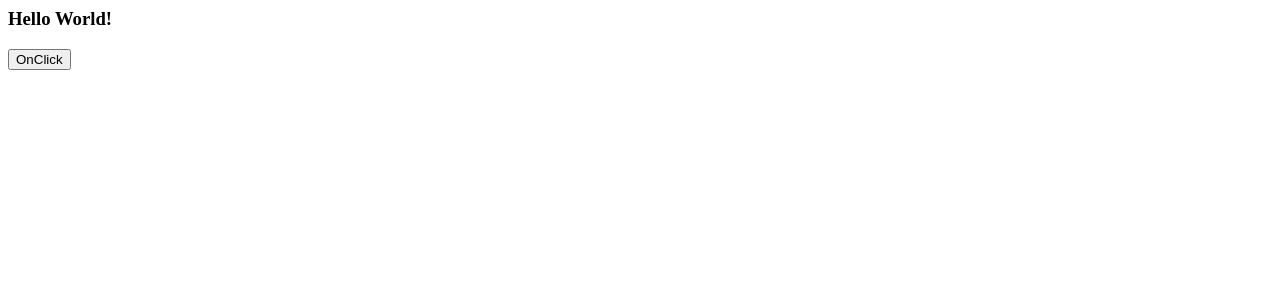
Repository: HuynhDuc23/learn__javascript__basic
Page: lab18/bom.html
These files come from the project's save history. The page is drawn as it stood at one moment and after the next save; the edit follows.
The browser window is 1280 px wide. The pictures show the whole page.

Above is the page before, as saved 2024-01-08 20:31:51.

### lab18/bom.html
<html lang="en">
<head>
    <meta charset="UTF-8">
    <meta name="viewport" content="width=device-width, initial-scale=1.0">
    <title>BOM IN JAVASCRIPT 2024</title>
</head>
<body>
    <h3>Hello World!</h3>
    <button onclick="openTab()"> OnClick</button>
    <script>
      console.log(window.innerHeight);
      console.log(window.innerWidth);
      // hiển thị ra chiều cao và rộng của trình duyệt

      // mở tab
      var check ;
      function openTab(){
        check = window.open("https://28tech.com.vn/lap-trinh-java-va-sql.html","_balnk","width=200,height=300,top=50,left=50")
      }
      // đóng tab
      function closeTab(){
        check.close();
      }
    </script>
</body>
</html>

After the next save:
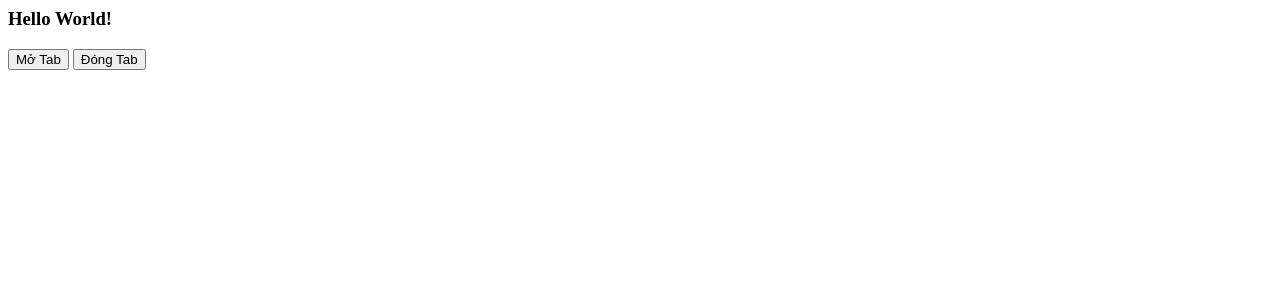
Saved 31 s later.
--- a/lab18/bom.html
+++ b/lab18/bom.html
@@ -6,7 +6,8 @@
 </head>
 <body>
     <h3>Hello World!</h3>
-    <button onclick="openTab()"> OnClick</button>
+    <button onclick="openTab()"> Mở Tab</button>
+    <button onclick="closeTab()">Đóng Tab</button>
     <script>
       console.log(window.innerHeight);
       console.log(window.innerWidth);
